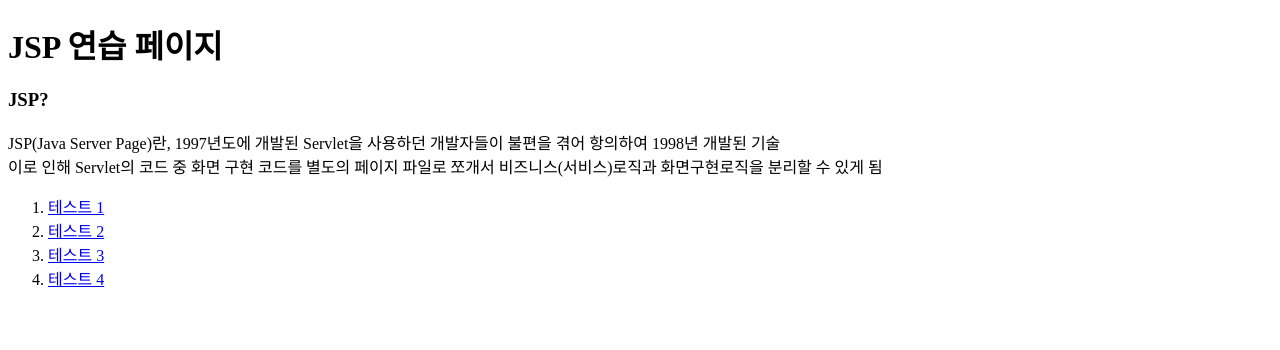
Repository: steeveelee2/WEB_Study
Page: http://localhost/jspProject/
An editor plug-in stored every save of this project. The page is shown before and after the next save, followed by the edit.
The browser window is 1280 px wide. The pictures show the whole page.
The page is served by Tomcat 9.

Above is the page before, as saved 2018-10-15 04:02:15.

After the next save:
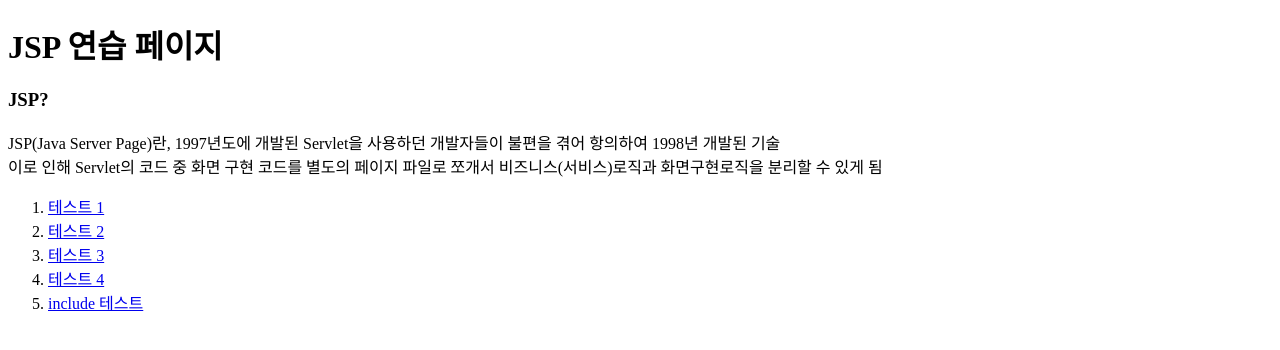
Saved 4 min 51 s later.
--- a/webWorkspace/jspProject/web/index.jsp
+++ b/webWorkspace/jspProject/web/index.jsp
@@ -25,6 +25,9 @@
 		<li>
 			<a href="views/04_lunchMenuSelect.jsp">테스트 4</a>
 		</li>
+		<li>
+			<a href="views/myHome.jsp">include 테스트</a>
+		</li>
 	</ol>
 </body>
 </html>
